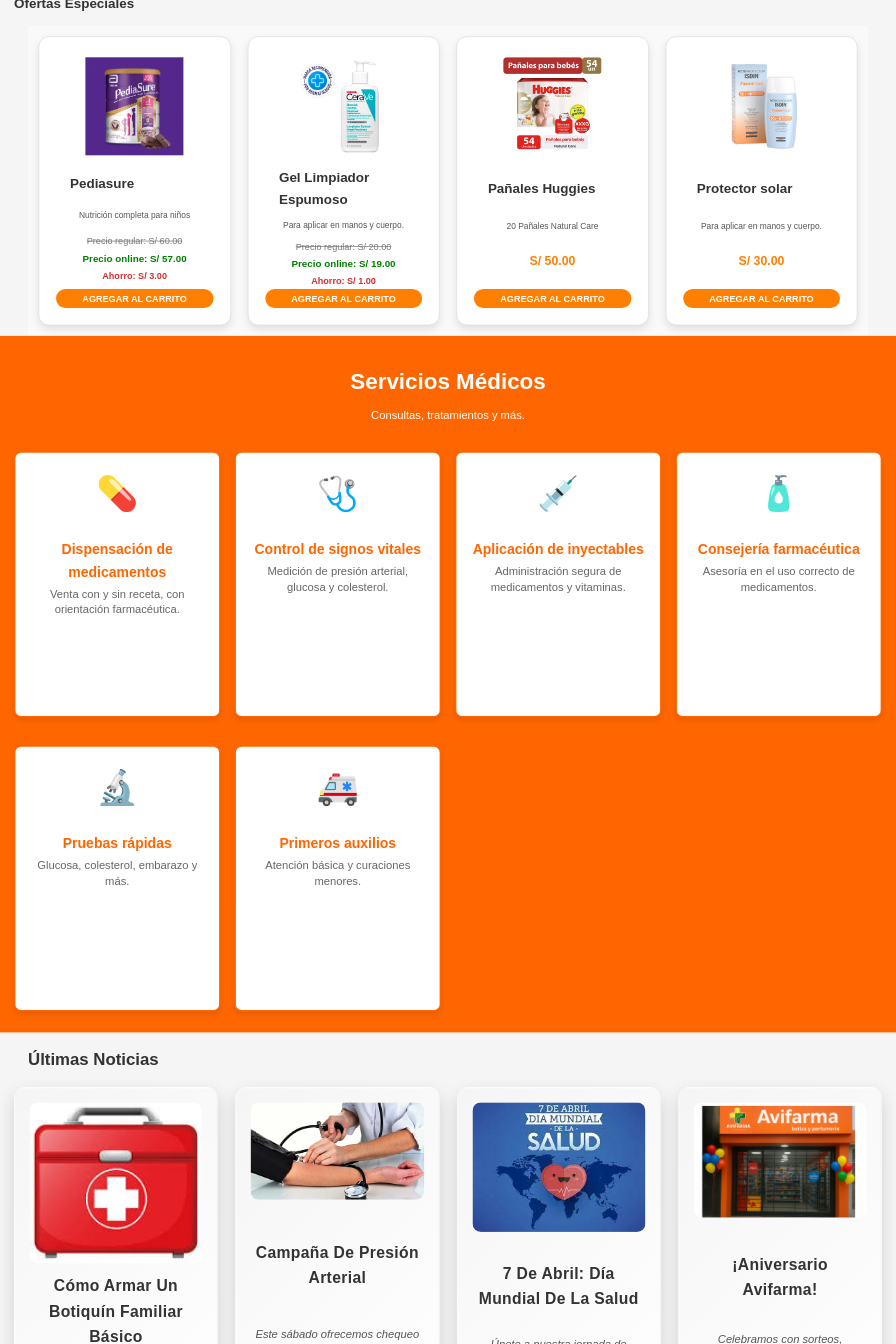
Repository: AVH75/avifarma-tienda
Page: index.html
An editor plug-in stored every save of this project. The page is shown before and after the next save, followed by the edit.
The browser window is 1280 px wide. The pictures show the part of the page from y = 887 to 2807 px (the page is 3282 px tall before and 3308 px after), at 70% of full size.

Above is the page before, as saved 2025-09-17 23:17:21.

### index.html
<!DOCTYPE html>
<html lang="es">
<head>
  <meta charset="UTF-8">
  <meta name="viewport" content="width=device-width, initial-scale=1.0">
  <title>Avifarma | Boticas y Farmacias - Salud y Bienestar</title>

  <!-- =========================
       SEO BÁSICO
  ========================= -->
  <meta name="description" content="Avifarma - Tu salud primero, siempre cerca de ti. Productos, servicios médicos y ofertas especiales.">
  <meta name="keywords" content="Avifarma, farmacia, botica, medicamentos, salud, productos farmacéuticos, Perú">
  <meta name="author" content="Bytsac.com">

  <!-- Favicon -->
<link rel="icon" type="image/png" href="img/logo/favicon.png">


  <!-- Open Graph -->
  <meta property="og:title" content="Avifarma | Tu salud primero">
  <meta property="og:description" content="Descubre productos, servicios médicos y ofertas especiales en Avifarma.">
  <meta property="og:image" content="img/logo/Logo.png">
  <meta property="og:url" content="https://avifarma.com">
  <meta property="og:type" content="website">

  <!-- Twitter Card -->
  <meta name="twitter:card" content="summary_large_image">
  <meta name="twitter:title" content="Avifarma | Tu salud primero">
  <meta name="twitter:description" content="Descubre productos, servicios médicos y ofertas especiales en Avifarma.">
  <meta name="twitter:image" content="img/logo/Logo.png">

  <!-- Schema.org JSON-LD -->
  <script type="application/ld+json">
  {
    "@context": "https://schema.org",
    "@type": "Pharmacy",
    "name": "Avifarma",
    "image": "https://avifarma.com/img/logo/Logo.png",
    "url": "https://avifarma.com",
    "address": {
      "@type": "PostalAddress",
      "addressLocality": "Trujillo",
      "addressCountry": "PE"
    },
    "contactPoint": {
      "@type": "ContactPoint",
      "telephone": "+51 920165696",
      "contactType": "customer service"
    }
  }
  </script>

  <!-- =========================
       ARCHIVOS CSS
  ========================= -->
  <link rel="stylesheet" href="css/style.css?v=1.8">
</head>
<body>

 <!-- =========================
       🔹 FRANJA SUPERIOR (Marquee con promos)
  ========================= -->
  <div class="promo-bar" role="banner">
    <div class="marquee" aria-label="Promociones destacadas">
      <span> Sorteo: Gana una casa o 1 millón en efectivo</span>
      <span>📦 Envíos gratis en compras mayores a S/ 99</span>
      <span>💊 Promoción válida hasta el 14 de septiembre</span>
    </div>
  </div>

  <!-- Separador entre la promo-bar y top-bar -->
  <div class="separador"></div>

  <!-- =========================
       🔹 TOP-BAR (Login/usuario)
  ========================= -->
<div class="top-bar" style="height: 50px;">
  <!-- Contenedor vacío para mantener la franja visible -->
</div>


  <div class="separator"></div>

  <!-- =========================
       🔹 HEADER PRINCIPAL
  ========================= -->

  <header class="header sticky" role="banner">
    <div class="main-header">

      <!-- 🔸 Menú hamburguesa y logo -->
      <div class="logo-menu-container">
        <!-- 🔸 Menú hamburguesa (izquierda) -->
        <button class="menu-toggle" id="menu-toggle" aria-label="Abrir menú de navegación" aria-controls="nav" aria-expanded="false">
          ☰
        </button>

        <!-- 🔸 Logo de Avifarma y nombre -->
        <div class="logo">
          <a href="index.html">
            <img src="img/logo/logo.jpeg" alt="Avifarma Logo" width="50" height="50" loading="lazy">
          </a>
          <h1>Avifarma</h1>
        </div>
      </div>

      <!-- 🔸 Buscador centrado -->
      <div class="buscador-container">
        <form role="search" class="search" action="buscar.html" method="get">
          <label for="buscador" class="sr-only"></label>
          <input type="search" name="q" id="buscador" placeholder="Buscar productos..." aria-label="Buscar productos">
          <button type="submit" aria-label="Buscar">🔍</button>
        </form>
      </div>

      <!-- 🔸 Acciones (Login y Carrito) -->
      <div class="acciones-header">
        <!-- Ingresar -->
     <a href="login.html">
    <img src="img/logo/login.png" alt="Imagen de inicio de sesión" style="width:50px;height:50px;">
</a>


        <!-- Carrito -->
        <a href="#" id="abrir-carrito" class="carrito-icono" aria-label="Abrir carrito de compras">
          <img src="img/logo/carrito.png" alt="Carrito de compras" class="icono-img" width="32" height="32" loading="lazy">
          <span id="contador-carrito" class="contador">0</span>
        </a>
      </div>

    </div>
  </header>

  <!-- =========================
       🔹 Menú lateral (Sidebar)
  ========================= -->
<div id="nav" class="menu">
  <button id="close-menu" class="close-menu">×</button>
  <ul>
    <li><a href="#">Inicio</a></li>
    <li><a href="#">Productos</a></li>
    <li><a href="#">Servicios</a></li>
    <li><a href="#">Contacto</a></li>
  </ul>
</div>

<div id="overlay-menu"></div>



  <!-- =========================
       🔹 HERO PROMOCIONES
  ========================= -->
  <section class="promociones" aria-label="Banners promocionales">
    <div class="slider-container">
      <div class="slider" id="slider-banner"></div>
      <button class="prev" aria-label="Anterior">❮</button>
      <button class="next" aria-label="Siguiente">❯</button>
      <div class="dots-container" id="dots"></div>
    </div>
  </section>

  <!-- =========================
       🔹 PRODUCTOS DESTACADOS
  ========================= -->
  <main>
    <section class="productos">
      <h2 id="titulo-productos">Productos Destacados</h2>
      <div class="grid-productos" id="productos-grid"></div>
    </section>

    <aside class="ofertas" aria-label="Ofertas especiales">
      <h3 id="titulo-ofertas">Ofertas Especiales</h3>
      <p class="oferta-texto"></p>
      <div class="grid-ofertas" id="ofertas-grid"></div>
    </aside>
  </main>

  <!-- =========================
       🔹 SERVICIOS
========================= -->
<section class="servicios">
  <h2 id="titulo-servicios">Servicios Médicos</h2>
  <p>Consultas, tratamientos y más.</p>

  <div class="grid-servicios">
    <div class="card-servicio">
      <span class="icon">💊</span>
      <h3>Dispensación de medicamentos</h3>
      <p>Venta con y sin receta, con orientación farmacéutica.</p>
    </div>

    <div class="card-servicio">
      <span class="icon">🩺</span>
      <h3>Control de signos vitales</h3>
      <p>Medición de presión arterial, glucosa y colesterol.</p>
    </div>

    <div class="card-servicio">
      <span class="icon">💉</span>
      <h3>Aplicación de inyectables</h3>
      <p>Administración segura de medicamentos y vitaminas.</p>
    </div>

    <div class="card-servicio">
      <span class="icon">🧴</span>
      <h3>Consejería farmacéutica</h3>
      <p>Asesoría en el uso correcto de medicamentos.</p>
    </div>

    <div class="card-servicio">
      <span class="icon">🔬</span>
      <h3>Pruebas rápidas</h3>
      <p>Glucosa, colesterol, embarazo y más.</p>
    </div>

    <div class="card-servicio">
      <span class="icon">🚑</span>
      <h3>Primeros auxilios</h3>
      <p>Atención básica y curaciones menores.</p>
    </div>
  </div>
</section>


<!-- =========================
       🔹 NOVEDADES
========================= -->
<section class="novedades">
  <h2 id="titulo-novedades">Últimas Noticias</h2>
  <!-- 🔹 Aquí se inyectan dinámicamente las novedades desde JSON -->
  <div id="novedades-grid" class="grid"></div>
</section>


  <!-- =========================
       🔹 FOOTER
  ========================= -->
  <footer>
    <div class="footer-top">
      <div>
        <h3>Información</h3>
        <ul>
          <li><a href="sobre-nosotros.html">Sobre nosotros</a></li>
          <li><a href="politicas.html">Políticas</a></li>
        </ul>
      </div>
      <div>
        <h3>Contacto</h3>
        <p>Email: <a href="mailto:info@avifarma.com">info@avifarma.com</a></p>
        <p>Tel: <a href="tel:+51920165696">+51 920165696</a></p>
      </div>
    </div>
    <div class="footer-bottom">
      <p>© 2025 Avifarma. Desarrollado por <a href="https://bytsac.com" target="_blank" rel="noopener">Bytsac.com</a>.</p>
    </div>
  </footer>

 <!-- =========================
     🔹 OVERLAY (FONDO OSCURO)
========================= -->
<div id="overlay-carrito"></div>

<!-- =========================
     🔹 CARRITO LATERAL
========================= -->
<div id="carrito-sidebar" class="carrito-sidebar" aria-hidden="true">
  <div class="carrito-header">
    <h2>Carrito</h2>
    <button class="cerrar-carrito" onclick="cerrarCarrito()" aria-label="Cerrar carrito">×</button>
  </div>

  <!-- Productos -->
  <div id="carrito-items" class="productos-carrito">
    <!-- Ejemplo producto -->
    <div class="producto-card">
      <img src="img/productos/marca.jpg" alt="Producto">
      <div class="producto-info">
        <h3>Nombre del Producto</h3>
        <p class="precio">S/ 20.00</p>
        <div class="acciones">
          <button class="cantidad">-</button>
          <span>1</span>
          <button class="cantidad">+</button>
          <button class="eliminar">🗑</button>
        </div>
      </div>
    </div>
  </div>

  <!-- Totales -->
<div class="carrito-footer">
  <div class="resumen-linea">
    <span>Subtotal</span>
    <span id="subtotal">S/ 0.00</span>
  </div>
  <div class="resumen-linea">
    <span>Costo de envío</span>
    <span id="costo-envio">--</span>
  </div>
  <div class="resumen-linea">
    <span>Descuento por volumen</span>
    <span id="descuento-volumen">S/ 0.00</span>
  </div>
  <div class="resumen-linea">
    <span>Descuento directo</span>
    <span id="descuento-directo">S/ 0.00</span>
  </div>
  <div class="resumen-linea ahorro">
    <span>Ahorro total</span>
    <span id="ahorro-total">S/ 0.00</span>
  </div>

  <hr>

  <div class="resumen-total">
    <span>Total</span>
    <span id="total">S/ 0.00</span>
  </div>

  <p class="nota-envio">El costo de envío no está incluido en el total.</p>

  <div class="cart-buttons">
    <button id="ir-a-pagar" class="btn-primary" onclick="comprarAhora()">Comprar ahora por WhatsApp</button>
    <a href="carrito.html" id="ver-carrito" class="btn-secundario">Ver carrito</a>
  </div>
</div>


<!-- =========================
     🔹 SCRIPTS
========================= -->
<script src="js/menu.js?v=1.8" defer></script>
<script src="js/carrito.js?v=1.8" defer></script>
<script src="js/render-catalogo.js?v=1.8" defer></script>
</body>
</html>

### js/render-catalogo.js
// ===================================================
// Renderizado de Productos, Ofertas y Novedades
// ===================================================
function mostrarItems(lista, contenedorId, tipo = "producto") {
    const contenedor = document.getElementById(contenedorId);
    if (!contenedor) {
        console.error(`⚠️ El contenedor con id "${contenedorId}" no existe en el DOM`);
        return;
    }

    contenedor.innerHTML = ""; // Limpiar el contenedor

    lista.forEach(item => {
        const imageUrl = item.img || "default-image.jpg";

        // Crear la tarjeta
        const card = document.createElement(tipo === "novedad" ? "article" : "div");
        card.classList.add(tipo === "novedad" ? "card" : "card-" + tipo);
        card.style.position = "relative";

        // Imagen
        if (imageUrl) {
            const img = document.createElement("img");
            img.src = imageUrl;
            img.alt = item.nombre || item.titulo;
            card.appendChild(img);
        }

        // Título
        const h3 = document.createElement("h3");
        h3.textContent = item.nombre || item.titulo;
        card.appendChild(h3);

        // Descripción
        if (item.descripcion) {
            const pDescripcion = document.createElement("p");
            pDescripcion.textContent = item.descripcion;
            card.appendChild(pDescripcion);
        }

        // 🔹 Productos y Ofertas → precios + botón carrito
        if (tipo === "producto" || tipo === "oferta") {
            const preciosDiv = document.createElement("div");
            preciosDiv.classList.add("precios");

            const precioAMostrar = item.precio_con_descuento ? item.precio_con_descuento : item.precio;

            if (item.precio_con_descuento && item.precio_con_descuento < item.precio) {
                const precioRegular = document.createElement("span");
                precioRegular.classList.add("precio-regular");
                precioRegular.textContent = `Precio regular: S/ ${item.precio.toFixed(2)}`;

                const precioDescuento = document.createElement("span");
                precioDescuento.classList.add("precio-descuento");
                precioDescuento.textContent = `Precio online: S/ ${item.precio_con_descuento.toFixed(2)}`;

                const ahorro = document.createElement("div");
                ahorro.classList.add("ahorro");
                ahorro.textContent = `Ahorro: S/ ${item.ahorro.toFixed(2)}`;

                preciosDiv.append(precioRegular, precioDescuento, ahorro);
            } else {
                const precioNormal = document.createElement("span");
                precioNormal.classList.add("precio");
                precioNormal.textContent = `S/ ${precioAMostrar.toFixed(2)}`;
                preciosDiv.appendChild(precioNormal);
            }

            card.appendChild(preciosDiv);

            // Botón carrito
            const button = document.createElement("button");
            button.textContent = "Agregar al carrito";
            button.onclick = () => agregarAlCarrito(item.id);
            card.appendChild(button);
        }

        // 🔹 Novedades → solo botón de acción
        if (tipo === "novedad" && item.boton) {
            const button = document.createElement("button");
            button.textContent = item.boton;
            card.appendChild(button);
        }

        // Insertar tarjeta
        contenedor.appendChild(card);
    });
}

// ===================================================
// Carrusel de Banners
// ===================================================
function mostrarCarrusel(banners) {
    const slider = document.getElementById("slider-banner");
    if (!slider) return;

    slider.innerHTML = "";

    banners.forEach(item => {
        const slide = document.createElement("div");
        slide.classList.add("slide");

        const img = document.createElement("img");
        img.src = item.src;
        img.alt = item.alt;

        slide.appendChild(img);
        slider.appendChild(slide);
    });

    let currentIndex = 0;
    const slides = slider.querySelectorAll(".slide");
    const totalSlides = slides.length;

    const dotsContainer = document.getElementById("dots");
    if (dotsContainer) {
        dotsContainer.innerHTML = "";
        banners.forEach((_, i) => {
            const dot = document.createElement("div");
            dot.classList.add("dot");
            if (i === 0) dot.classList.add("active");
            dot.addEventListener("click", () => {
                currentIndex = i;
                updateSlider();
                updateDots();
            });
            dotsContainer.appendChild(dot);
        });
    }

    function updateDots() {
        if (!dotsContainer) return;
        dotsContainer.querySelectorAll(".dot").forEach((dot, i) => {
            dot.classList.toggle("active", i === currentIndex);
        });
    }

    function updateSlider() {
        const offset = -currentIndex * 100;
        slider.style.transform = `translateX(${offset}%)`;
        updateDots();
    }

    function nextSlide() {
        currentIndex = (currentIndex + 1) % totalSlides;
        updateSlider();
    }

    function prevSlide() {
        currentIndex = (currentIndex - 1 + totalSlides) % totalSlides;
        updateSlider();
    }

    const btnPrev = document.querySelector(".prev");
    const btnNext = document.querySelector(".next");
    if (btnPrev && btnNext) {
        btnPrev.addEventListener("click", prevSlide);
        btnNext.addEventListener("click", nextSlide);
    }

    let autoplay = setInterval(nextSlide, 5000);
    slider.parentElement.addEventListener("mouseenter", () => clearInterval(autoplay));
    slider.parentElement.addEventListener("mouseleave", () => autoplay = setInterval(nextSlide, 5000));

    updateSlider();
}

// ===================================================
// Carga del JSON y Renderizado
// ===================================================
fetch("./productos.json")
    .then(res => res.json())
    .then(data => {
        mostrarItems(data.productos, "productos-grid", "producto");
        mostrarItems(data.ofertas, "ofertas-grid", "oferta");
        mostrarItems(data.novedades, "novedades-grid", "novedad"); // 🔹 Novedades
        mostrarCarrusel(data.BannerCarrusel);
    })
    .catch(err => {
        console.error("❌ Error al cargar JSON:", err);
        const errorMessage = document.createElement("p");
        errorMessage.textContent = "Hubo un problema al cargar los datos.";
        document.body.appendChild(errorMessage);
    });

Loaded but not shown: productos.json (141 lines, source omitted); js/carrito.js (384 lines, source omitted); js/menu.js (70 lines, source omitted); css/style.css (1775 lines, source omitted)

After the next save:
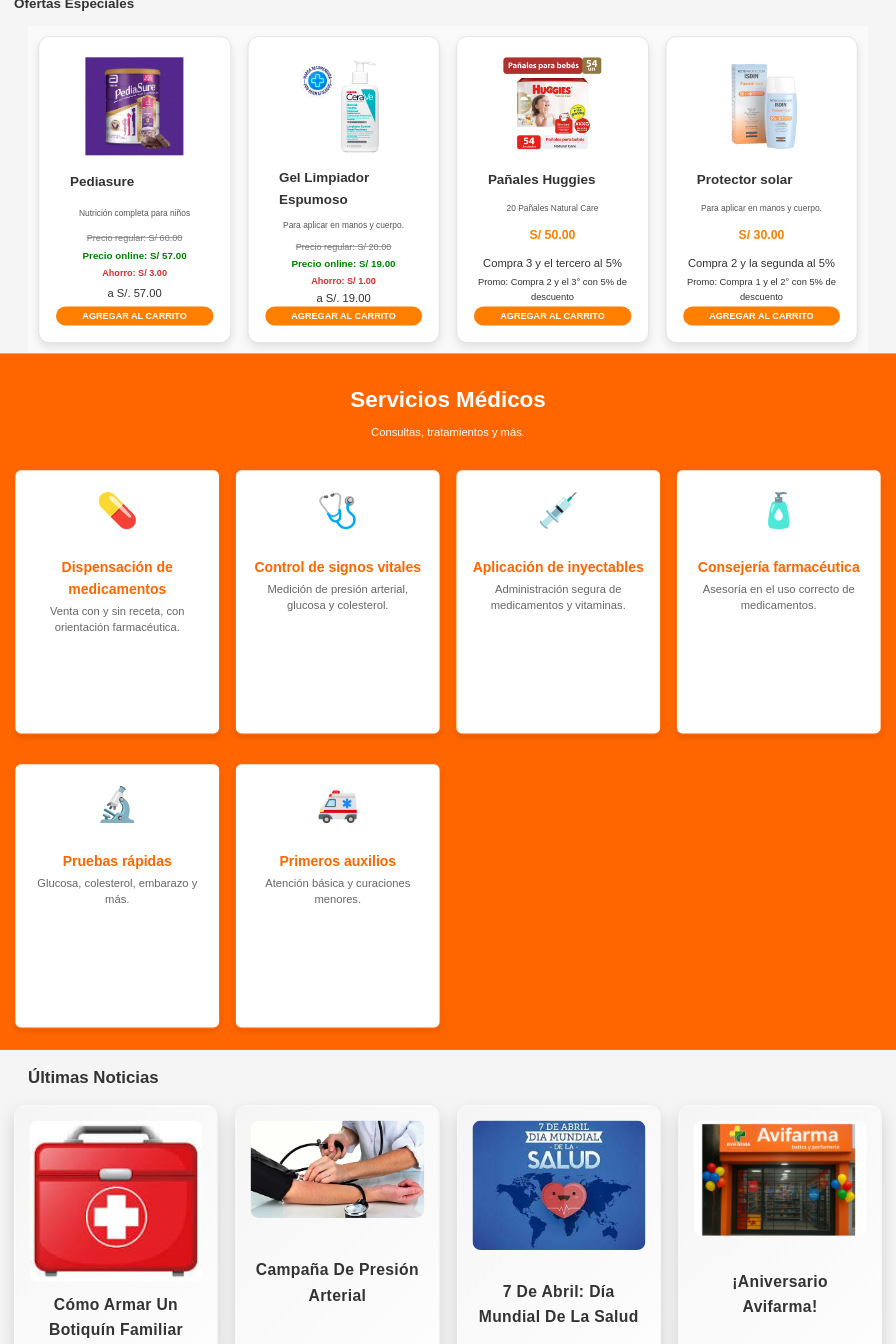
Saved 11 min 54 s later.
--- a/js/render-catalogo.js
+++ b/js/render-catalogo.js
@@ -67,6 +67,22 @@
             }
 
             card.appendChild(preciosDiv);
+
+            // 🔹 Si es OFERTA, mostrar también el mensaje de descuento
+            if (tipo === "oferta" && item.descuento) {
+                const promoDiv = document.createElement("div");
+                promoDiv.classList.add("promo-msg");
+                promoDiv.textContent = item.descuento;
+                card.appendChild(promoDiv);
+
+                // Si existe descuento por volumen
+                if (item.descuentoVolumen) {
+                    const volumenMsg = document.createElement("small");
+                    volumenMsg.classList.add("descuento-volumen");
+                    volumenMsg.textContent = `Promo: Compra ${item.descuentoVolumen.compra} y el ${item.descuentoVolumen.aplicaA}° con ${item.descuentoVolumen.promo * 100}% de descuento`;
+                    card.appendChild(volumenMsg);
+                }
+            }
 
             // Botón carrito
             const button = document.createElement("button");
